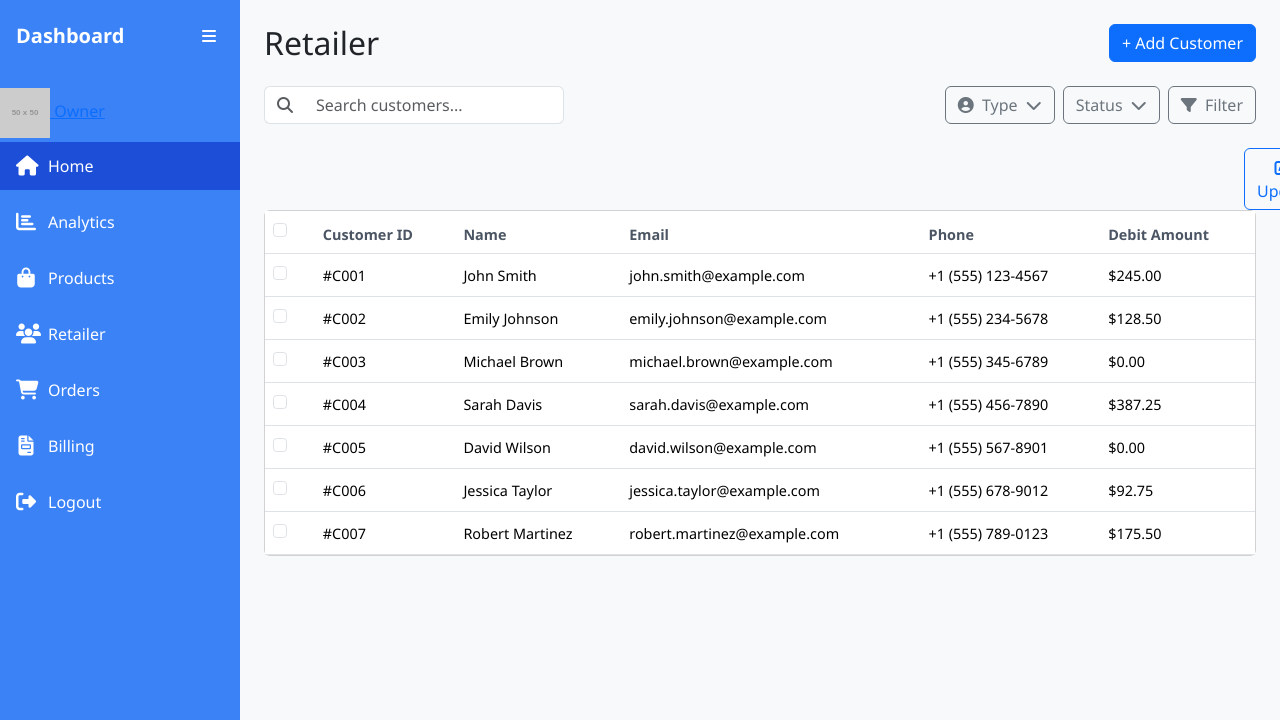
Repository: AditiAjitSalvi/Inventory_Managment
Page: Inventory_Managment_System/Inventory/src/main/webapp/Retailer.html
An editor plug-in stored every save of this project. The page is shown before and after the next save, followed by the edit.
The browser window is 1280 px wide. The pictures show the whole page.

Above is the page before, as saved 2025-06-01 11:23:50.

### Inventory_Managment_System/Inventory/src/main/webapp/Retailer.html
<!DOCTYPE html>
<html lang="en">
<head>
<meta charset="UTF-8">
<meta name="viewport" content="width=device-width, initial-scale=1.0">
<title>Customers</title>
<!-- Bootstrap CSS -->
<link
	href="https://cdn.jsdelivr.net/npm/bootstrap@5.3.2/dist/css/bootstrap.min.css"
	rel="stylesheet">
<!-- Font Awesome for icons -->
<link rel="stylesheet"
	href="https://cdnjs.cloudflare.com/ajax/libs/font-awesome/6.4.2/css/all.min.css">
<!-- Custom CSS -->
<style>
/* Main Layout */
body {
	margin: 0;
	padding: 0;
	background-color: #f8f9fa;
	font-family: 'Segoe UI', Tahoma, Geneva, Verdana, sans-serif;
}

.dashboard-container {
	display: flex;
	min-height: 100vh;
}

/* Sidebar Styles */
.sidebar {
	width: 240px;
	background-color: #3b82f6; /* Blue 600 equivalent */
	color: white;
	transition: all 0.3s ease-in-out;
	display: flex;
	flex-direction: column;
}

.sidebar.collapsed {
	width: 64px;
}

.sidebar-header {
	display: flex;
	justify-content: space-between;
	align-items: center;
	padding: 16px;
}

.sidebar-title {
	font-size: 1.25rem;
	font-weight: bold;
	margin: 0;
}

.sidebar-toggle {
	background: transparent;
	border: none;
	color: white;
	cursor: pointer;
	padding: 8px;
}

.sidebar-toggle:hover {
	background-color: rgba(255, 255, 255, 0.1);
	border-radius: 4px;
}

.sidebar-menu {
	display: flex;
	flex-direction: column;
	padding-top: 16px;
}

.sidebar-link {
	display: flex;
	align-items: center;
	padding: 12px 16px;
	text-decoration: none;
	color: white;
	margin: 4px 0;
	transition: background-color 0.2s;
}

.sidebar-link:hover {
	background-color: #2563eb; /* Blue 700 equivalent */
	color: white;
}

.sidebar-link.active {
	background-color: #1d4ed8; /* Blue 800 equivalent */
	color: white;
}

.sidebar-link i {
	font-size: 1.25rem;
	width: 20px;
	text-align: center;
}

.sidebar-link .link-text {
	margin-left: 12px;
	white-space: nowrap;
}

.sidebar.collapsed .sidebar-title, .sidebar.collapsed .link-text {
	display: none;
}

/* Main Content */
.main-content {
	flex: 1;
	padding: 24px;
	overflow-y: auto;
}

/* Stat Cards */
.stat-card {
	border-radius: 8px;
	border: 1px solid rgba(0, 0, 0, 0.125);
	box-shadow: 0 1px 3px rgba(0, 0, 0, 0.1);
}

.stat-icon {
	font-size: 1.25rem;
	color: #6b7280; /* Text muted equivalent */
}

.stat-title {
	font-size: 0.875rem;
	color: #6b7280; /* Text muted equivalent */
	margin-bottom: 4px;
}

.stat-value {
	font-size: 1.5rem;
	font-weight: bold;
	margin: 0;
}

/* Status Badges */
.status {
	padding: 4px 8px;
	border-radius: 4px;
	font-size: 0.75rem;
	font-weight: 500;
	display: inline-block;
	text-align: center;
}

.status.active {
	background-color: #ecfdf5;
	color: #10b981; /* Green 500 equivalent */
}

.status.inactive {
	background-color: #fef2f2;
	color: #ef4444; /* Red 500 equivalent */
}

.status.new {
	background-color: #eff6ff;
	color: #3b82f6; /* Blue 500 equivalent */
}

/* Customers Page Styles */
.customers-container {
	max-width: 100%;
	margin: 0 auto;
}

.search-wrapper {
	width: 300px;
}

.customer-table {
	font-size: 0.9rem;
}

.customer-table th {
	font-weight: 600;
	color: #4b5563;
	border-bottom-width: 1px;
}

.customer-table td {
	vertical-align: middle;
}

.customer-table .form-check {
	margin: 2;
}

/* Responsive Adjustments */
@media ( max-width : 768px) {
	.sidebar {
		width: 64px;
	}
	.sidebar .sidebar-title, .sidebar .link-text {
		display: none;
	}
	.main-content {
		padding: 16px;
	}
	.customers-container .btn-group {
		display: flex;
		flex-direction: column;
	}
	.customers-container .btn-group .btn {
		margin-bottom: 8px;
		margin-right: 0 !important;
	}
	.search-wrapper {
		width: 100%;
		margin-bottom: 16px;
	}
}

.action-buttons {
	position: absolute;
	right: 20px;
	top: 150px;
	display: flex;
	gap: 10px;
}

@media ( max-width : 992px) {
	.customers-container .d-flex {
		flex-direction: column;
	}
	.customers-container .d-flex .btn {
		margin-bottom: 8px;
	}
}

.card:hover {
	transform: translateY(-5px);
	box-shadow: 0 10px 20px rgba(0, 0, 0, 0.1);
	transition: 0.3s ease;
}
</style>
</head>
<body>
	<div class="dashboard-container">
		<!-- Sidebar -->
		<div class="sidebar" id="sidebar">
			<div class="sidebar-header">
				<h2 class="sidebar-title">Dashboard</h2>
				<button class="btn sidebar-toggle" id="sidebarToggle">
					<i class="fa fa-bars"></i>
				</button>
			</div>
			<div class="sidebar-menu">
				<div class="profile">
					<a href="#" class="profile-link"> <img
						src="https://via.placeholder.com/50" alt="Owner"
						class="profile-image"> <span class="owner-name">Owner</span>
					</a>
				</div>
				<a href="Home.html" class="sidebar-link active">
				<i class="fa fa-home"></i>
					<span class="link-text">Home</span>
				</a>
				 <a href="#" class="sidebar-link">
				  <i class="fa fa-chart-bar"></i>
					<span class="link-text">Analytics</span>
				</a>
				<a href="Product.html" class="sidebar-link">
				<i class="fa fa-shopping-bag"></i>
				 <span class="link-text">Products</span>
				</a>
				<a href="Retailer.html" class="sidebar-link">
				<i class="fa fa-users"></i>
				 <span class="link-text">Retailer</span>
					 <a href="Order.html"class="sidebar-link">
					  <i class="fa fa-shopping-cart"></i>
					   <span class="link-text">Orders</span>
				</a>

				</a> <a href="#" class="sidebar-link"> <i class="fa fa-file-invoice"></i>
					<span class="link-text">Billing</span>
				</a> <a href="login.jsp" class="sidebar-link"> <i
					class="fa fa-sign-out-alt"></i> <span class="link-text">Logout</span>
				</a>

			</div>
		</div>

		<!-- Main Content -->
		<div class="main-content">
			<div class="customers-container">
				<div class="d-flex justify-content-between align-items-center mb-4">
					<h2 class="m-0">Retailer</h2>
					<div class="btn-group">

						<button class="btn btn-primary">+ Add Customer</button>
					</div>
				</div>

				<div class="d-flex justify-content-between align-items-center mb-4">
					<div class="search-wrapper">
						<div class="input-group">
							<span class="input-group-text bg-white border-end-0"> <i
								class="fa fa-search text-muted"></i>
							</span> <input type="text" class="form-control border-start-0"
								placeholder="Search customers...">
						</div>
					</div>
					<div class="d-flex">
						<button class="btn btn-outline-secondary me-2">
							<i class="fa fa-user-circle me-1"></i> <span>Type</span> <i
								class="fa fa-chevron-down ms-1"></i>
						</button>
						<button class="btn btn-outline-secondary me-2">
							<span>Status</span> <i class="fa fa-chevron-down ms-1"></i>
						</button>
						<button class="btn btn-outline-secondary">
							<i class="fa fa-filter me-1"></i> <span>Filter</span>
						</button>
					</div>
				</div>
				<div class="d-flex"
					style="right: 50px; top: 150px; display: flex; gap: 10px;margin-left:980px;">
					<button class="btn btn-outline-primary me-2">
						<i class="fa fa-edit me-1"></i> <span>Update</span>
					</button>
					<button class="btn btn-outline-danger">
						<i class="fa fa-trash me-1"></i> <span>Delete</span>
					</button>
				</div>


				<div class="card">
					<div class="card-body p-0">
						<div class="table-responsive">
							<table class="table customer-table mb-0">
								<thead>
									<tr>
										<th>
											<div class="form-check">
												<input class="form-check-input" type="checkbox"
													id="selectAll"> <label class="form-check-label"
													for="selectAll"></label>
											</div>
										</th>
										<th>Customer ID</th>
										<th>Name</th>
										<th>Email</th>
										<th>Phone</th>
                                        <th>Debit Amount</th>
									</tr>
								</thead>
								<tbody>
									<tr>
										<td>
											<div class="form-check">
												<input class="form-check-input" type="checkbox"> <label
													class="form-check-label"></label>
											</div>
										</td>
										<td>#C001</td>
										<td>John Smith</td>
										<td>john.smith@example.com</td>
										<td>+1 (555) 123-4567</td>
                                        <td>$245.00</td>
									</tr>
									<tr>
										<td>
											<div class="form-check">
												<input class="form-check-input" type="checkbox"> <label
													class="form-check-label"></label>
											</div>
										</td>
										<td>#C002</td>
										<td>Emily Johnson</td>
										<td>emily.johnson@example.com</td>
										<td>+1 (555) 234-5678</td>
                                        <td>$128.50</td>
									</tr>
									<tr>
										<td>
											<div class="form-check">
												<input class="form-check-input" type="checkbox"> <label
													class="form-check-label"></label>
											</div>
										</td>
										<td>#C003</td>
										<td>Michael Brown</td>
										<td>michael.brown@example.com</td>
										<td>+1 (555) 345-6789</td>
                                        <td>$0.00</td>
									</tr>
									<tr>
										<td>
											<div class="form-check">
												<input class="form-check-input" type="checkbox"> <label
													class="form-check-label"></label>
											</div>
										</td>
										<td>#C004</td>
										<td>Sarah Davis</td>
										<td>sarah.davis@example.com</td>
										<td>+1 (555) 456-7890</td>
                                        <td>$387.25</td>
									</tr>
									<tr>
										<td>
											<div class="form-check">
												<input class="form-check-input" type="checkbox"> <label
													class="form-check-label"></label>
											</div>
										</td>
										<td>#C005</td>
										<td>David Wilson</td>
										<td>david.wilson@example.com</td>
										<td>+1 (555) 567-8901</td>
                                        <td>$0.00</td>
									</tr>
									<tr>
										<td>
											<div class="form-check">
												<input class="form-check-input" type="checkbox"> <label
													class="form-check-label"></label>
											</div>
										</td>
										<td>#C006</td>
										<td>Jessica Taylor</td>
										<td>jessica.taylor@example.com</td>
										<td>+1 (555) 678-9012</td>
                                        <td>$92.75</td>
									</tr>
									<tr>
										<td>
											<div class="form-check">
												<input class="form-check-input" type="checkbox"> <label
													class="form-check-label"></label>
											</div>
										</td>
										<td>#C007</td>
										<td>Robert Martinez</td>
										<td>robert.martinez@example.com</td>
										<td>+1 (555) 789-0123</td>
                                        <td>$175.50</td>
									</tr>
								</tbody>
							</table>
						</div>
					</div>
				</div>
			</div>
		</div>
	</div>

	<!-- Bootstrap Bundle with Popper -->
	<script
		src="https://cdn.jsdelivr.net/npm/bootstrap@5.3.2/dist/js/bootstrap.bundle.min.js"></script>
	<!-- Custom JS -->

	<script>
 // Wait for the DOM to be fully loaded
    document.addEventListener('DOMContentLoaded', function() {
        // Sidebar toggle functionality
        const sidebarToggle = document.getElementById('sidebarToggle');
        const sidebar = document.getElementById('sidebar');

        sidebarToggle.addEventListener('click', function() {
            sidebar.classList.toggle('collapsed');
        });

        // Check if we're on mobile
        function checkMobile() {
            if (window.innerWidth < 768) {
                sidebar.classList.add('collapsed');
            } else {
                sidebar.classList.remove('collapsed');
            }
        }

        // Initial check
        checkMobile();

        // Listen for window resize
        window.addEventListener('resize', checkMobile);

        // Select all checkbox functionality
        const selectAllCheckbox = document.getElementById('selectAll');
        if (selectAllCheckbox) {
            selectAllCheckbox.addEventListener('change', function() {
                const checkboxes = document.querySelectorAll('table .form-check-input');
                checkboxes.forEach(checkbox => {
                    checkbox.checked = selectAllCheckbox.checked;
                });
            });
        }

        // Individual checkbox change handler
        const checkboxes = document.querySelectorAll('table .form-check-input:not(#selectAll)');
        checkboxes.forEach(checkbox => {
            checkbox.addEventListener('change', function() {
                const allChecked = Array.from(checkboxes).every(cb => cb.checked);
                const someChecked = Array.from(checkboxes).some(cb => cb.checked);

                if (selectAllCheckbox) {
                    selectAllCheckbox.checked = allChecked;
                    selectAllCheckbox.indeterminate = someChecked && !allChecked;
                }
            });
        });

        // Search functionality
        const searchInput = document.querySelector('.search-wrapper input');
        if (searchInput) {
            searchInput.addEventListener('input', function() {
                const searchText = searchInput.value.toLowerCase();
                const rows = document.querySelectorAll('tbody tr');

                rows.forEach(row => {
                    const text = row.textContent.toLowerCase();
                    if (text.includes(searchText)) {
                        row.style.display = '';
                    } else {
                        row.style.display = 'none';
                    }
                });
            });
        }
    });
    </script>
</body>
</html>

After the next save:
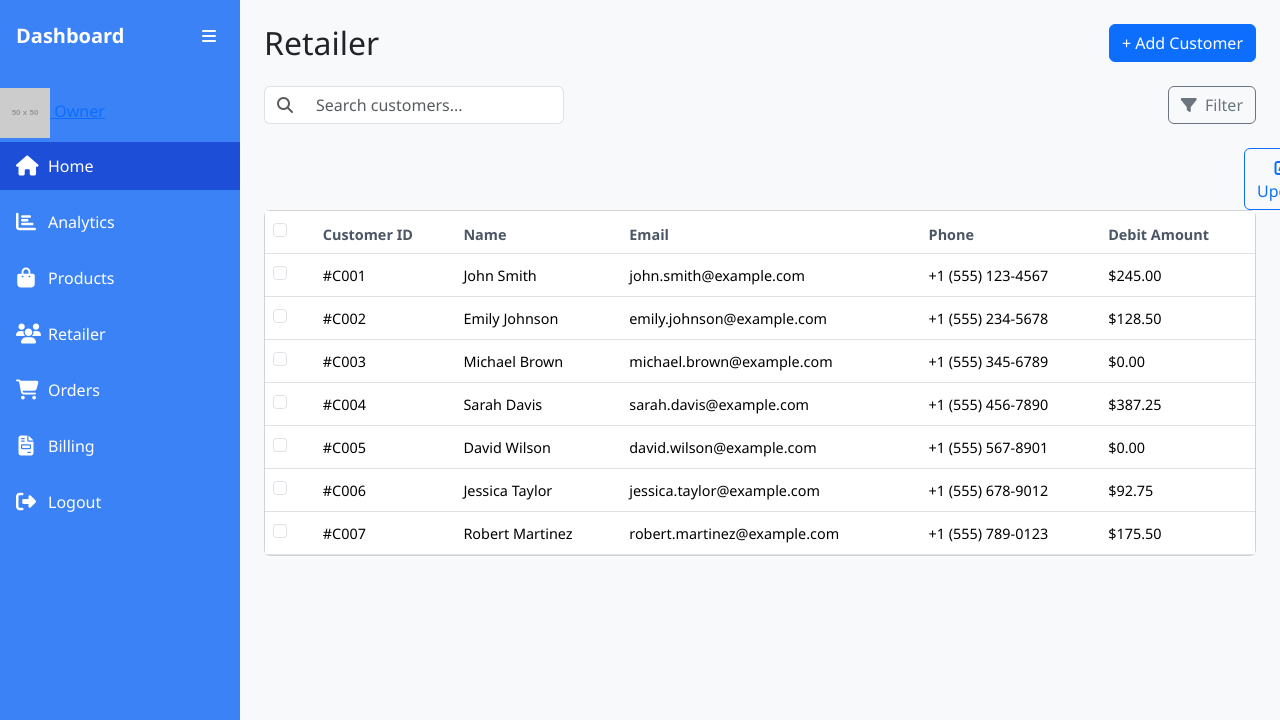
Saved 34 s later.
--- a/Inventory_Managment_System/Inventory/src/main/webapp/Retailer.html
+++ b/Inventory_Managment_System/Inventory/src/main/webapp/Retailer.html
@@ -307,13 +307,7 @@ body {
 						</div>
 					</div>
 					<div class="d-flex">
-						<button class="btn btn-outline-secondary me-2">
-							<i class="fa fa-user-circle me-1"></i> <span>Type</span> <i
-								class="fa fa-chevron-down ms-1"></i>
-						</button>
-						<button class="btn btn-outline-secondary me-2">
-							<span>Status</span> <i class="fa fa-chevron-down ms-1"></i>
-						</button>
+
 						<button class="btn btn-outline-secondary">
 							<i class="fa fa-filter me-1"></i> <span>Filter</span>
 						</button>
